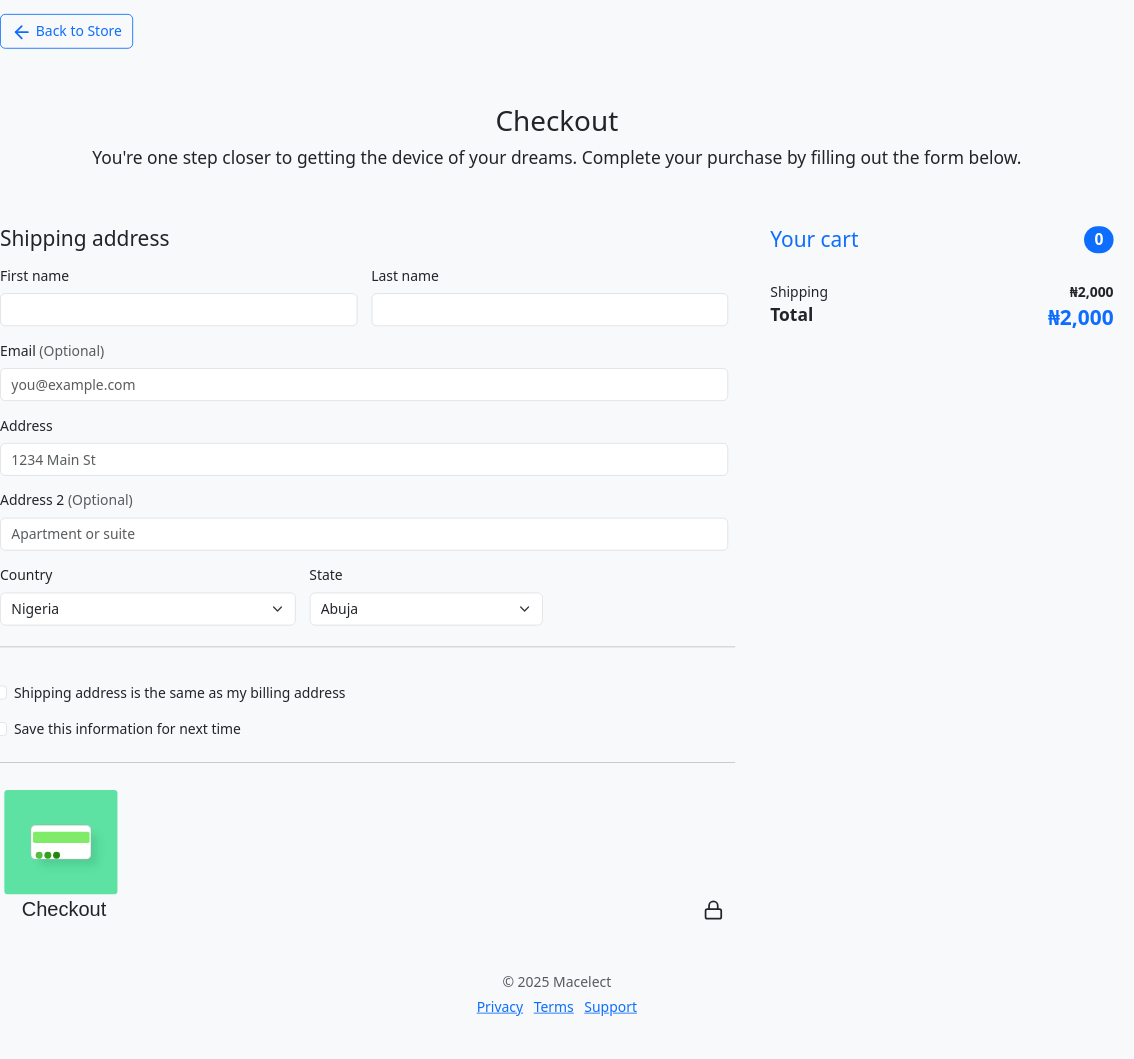
Repository: Davidobi21/macelect
Page: frontend/pages/checkout.html
An editor plug-in stored every save of this project. The page is shown before and after the next save, followed by the edit.
The browser window is 1280 px wide. The page is 1304 px wide, then 1280 px, so the pictures cover 1304 px, including what lies to the right of the window. The pictures show the whole page, at 87% of full size.

Above is the page before, as saved 2025-05-06 10:06:58.

After the next save:
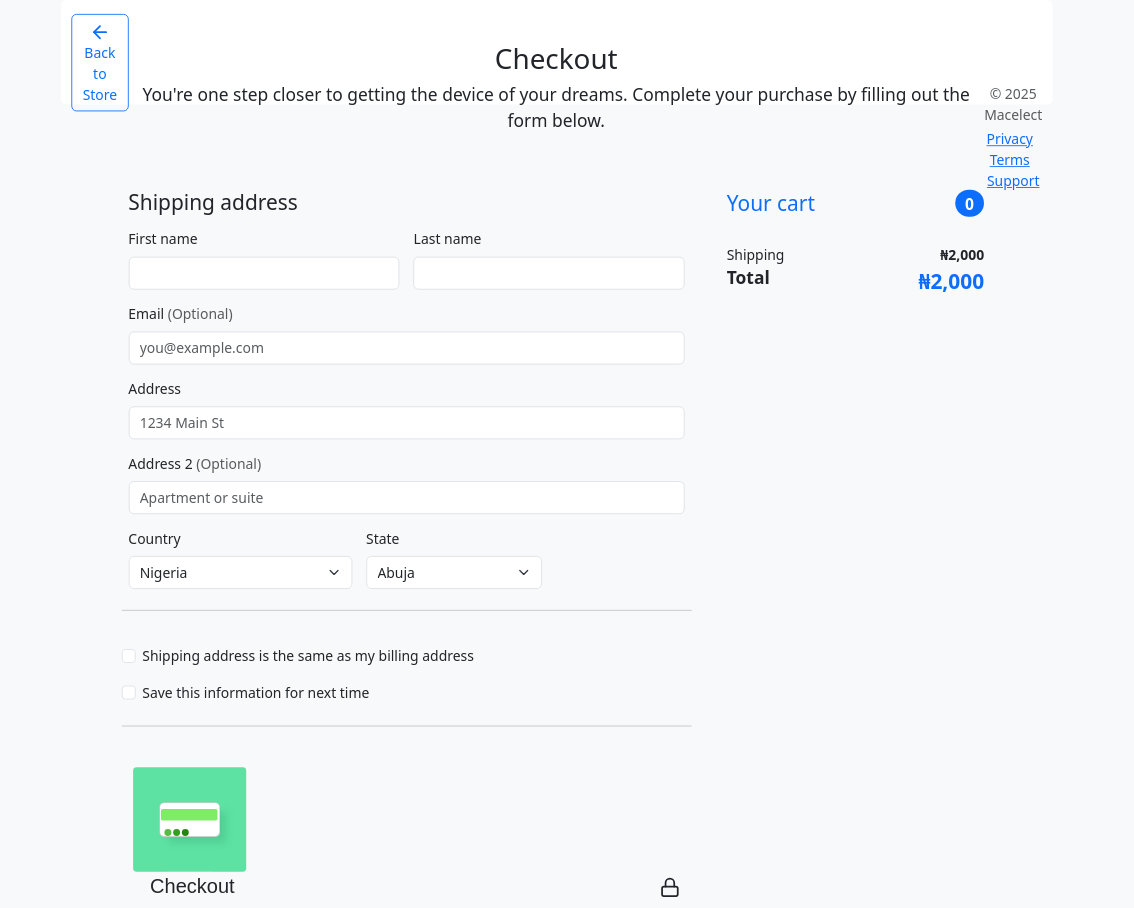
Saved 26 s later.
--- a/frontend/pages/checkout.html
+++ b/frontend/pages/checkout.html
@@ -12,7 +12,7 @@
   <link href="https://cdn.jsdelivr.net/npm/bootstrap@5.3.0-alpha1/dist/css/bootstrap.min.css" rel="stylesheet">
 </head>
 <body class="bg-light">
-  <div class="maincontainer">
+  <div class="container">
     <!-- Back Button -->
     <div class="py-3">
       <a href="../pages/products.html" class="btn btn-outline-primary align-items-center gap-2">
@@ -138,7 +138,7 @@
 
             <hr class="my-4">
           </form>
-          <div class="btn container" id="checkoutButton" disabled>
+          <div class="btn contain" id="checkoutButton" disabled>
             <div class="left-side">
               <div class="card">
                 <div class="card-line"></div>
